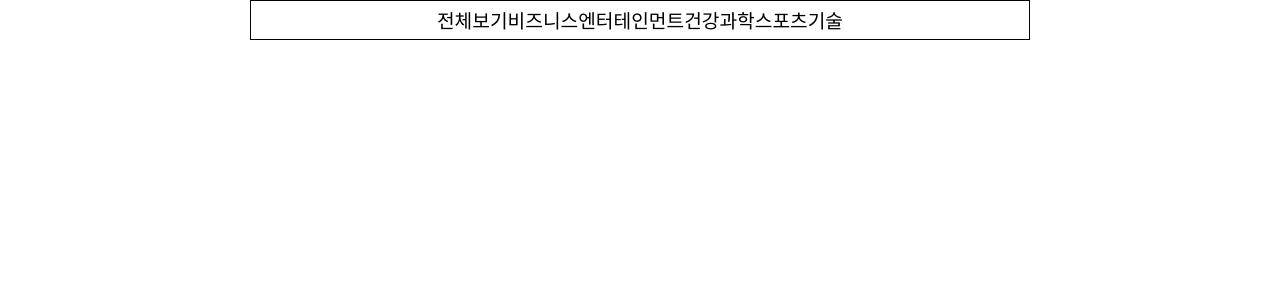
Repository: parkhyeonki/news-viewer
Page: /
The author's editor kept a copy of each file at every save. The page is drawn from the files as they stood at one save, then again after the next save.
The browser window is 1280 px wide. The pictures show the whole page.
The page's requests for data from a server got no answer. The project was rebuilt for these pictures with package versions that can differ from the ones it lists, and the page was loaded fresh each time. No one was signed in, and anything a server would have sent is missing. Also part of the build but not shown: src/App.css, src/components/NewsItem/NewsItem.js.

Above is the page before, as saved 2022-05-19 15:48:33.

### src/App.js
import './App.css';
import Categories from './components/Categories/Categories';
import NewsList from './components/NewsList/NewsList';

function App() {
  return (
    <>
      <Categories />
      <NewsList />
    </>
  );
}

export default App;

### src/components/Categories/Categories.js
import React from 'react';
import styled from 'styled-components';
const categories = [
  {
    name: 'all',
    text: '전체보기',
  },
  {
    name: 'business',
    text: '비즈니스',
  },
  {
    name: 'entertainment',
    text: '엔터테인먼트',
  },
  {
    name: 'health',
    text: '건강',
  },
  {
    name: 'science',
    text: '과학',
  },
  {
    name: 'sports',
    text: '스포츠',
  },
  {
    name: 'technology',
    text: '기술',
  },
];

const CategoriesBlock = styled.div`
  display: flex;
  align-items: center;
  justify-content: center;
  border: 1px solid black;
  width: 768px;
  margin: 0 auto;
  padding: 0.3rem;
  font-size: 1.2rem;
`;

const Category = styled.div``;

const Categories = () => {
  return (
    <CategoriesBlock>
      {categories.map((category) => (
        <Category key={category.name}>{category.text}</Category>
      ))}
    </CategoriesBlock>
  );
};

export default Categories;

### src/components/NewsList/NewsList.js
import axios from 'axios';
import React, { useEffect, useState } from 'react';
import styled from 'styled-components';
import NewsItem from '../NewsItem/NewsItem';
const NewsListBlock = styled.div`
  box-sizing: border-box;
  padding-bottom: 3rem;
  width: 768px;
  margin: 0 auto;
  margin-top: 2rem;
  @media screen and (max-width: 768px) {
    width: 100%;
    padding-left: 1rem;
    padding-right: 1rem;
  }
`;
const NewsList = () => {
  const [articles, setArticles] = useState(null);
  const [loading, setLoading] = useState(false);

  useEffect(() => {
    const fetchData = async () => {
      setLoading(true);
      try {
        const response = await axios.get(
          'https://newsapi.org/v2/top-headlines?country=kr&category=business&apiKey=05f1b59ba99c4b2cb7579cb88e16cfcd',
        );
        setArticles(response.data.articles);
      } catch (e) {
        console.log(e);
      }
      setLoading(false);
    };
    fetchData();
  }, []);

  if (loading) {
    return <NewsListBlock>loading...</NewsListBlock>;
  }

  if (!articles) {
    return null;
  }
  return (
    <NewsListBlock>
      {articles.map((article) => (
        <NewsItem key={article.url} article={article} />
      ))}
    </NewsListBlock>
  );
};

export default NewsList;

Loaded but not shown: public/index.html (common file); src/index.js (common file); src/index.css (common file); src/reportWebVitals.js (common file)

After the next save:
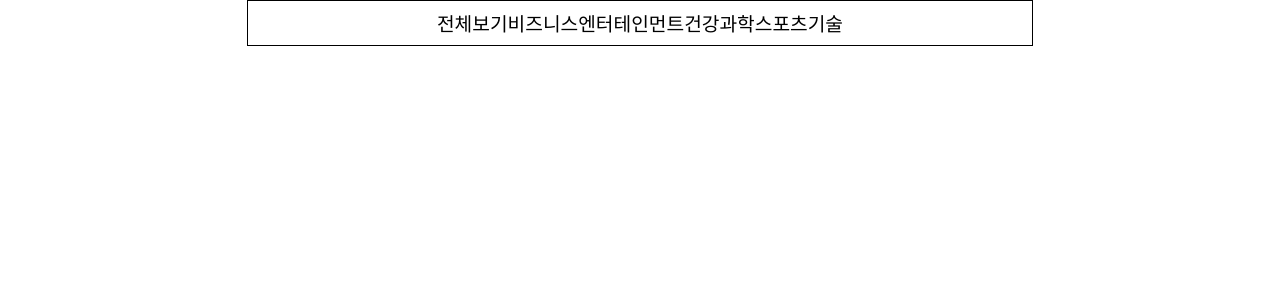
Saved 5 s later.
--- a/src/components/Categories/Categories.js
+++ b/src/components/Categories/Categories.js
@@ -38,7 +38,7 @@ const CategoriesBlock = styled.div`
   border: 1px solid black;
   width: 768px;
   margin: 0 auto;
-  padding: 0.3rem;
+  padding: 0.5rem;
   font-size: 1.2rem;
 `;
 
